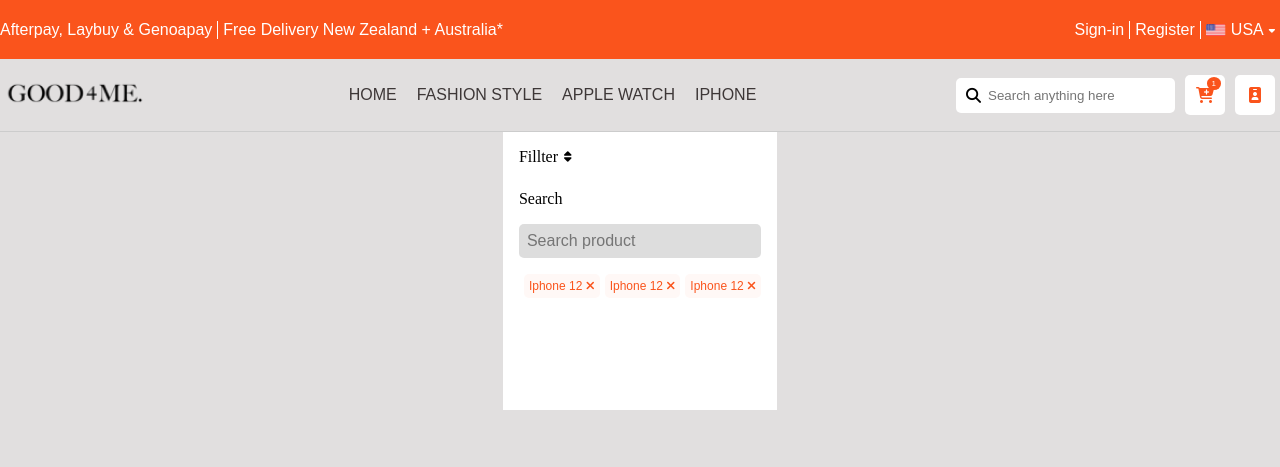
Repository: Ngoc28/Shoppe-web
Page: html/category.html
The author's editor kept a copy of each file at every save. The page is drawn from the files as they stood at one save, then again after the next save.
The browser window is 1280 px wide. The pictures show the whole page.
Some web fonts or font styles are not loaded; a fallback is used.

Above is the page before, as saved 2023-08-08 14:14:34.

After the next save:
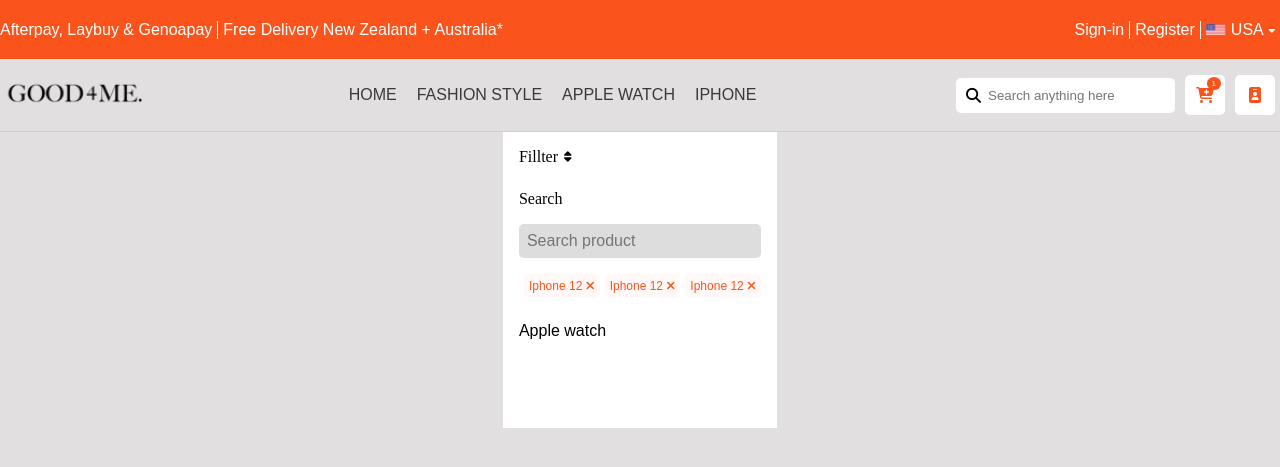
Saved 36 s later.
--- a/html/category.html
+++ b/html/category.html
@@ -97,7 +97,10 @@
                 </div>
                 <div class="container-nav-brand">
                     <div class="container-nav-heading">
-                        <p></p>
+                        <p>Apple watch</p>
+                    </div>
+                    <div class="container-nav-check">
+
                     </div>
                 </div>
                 <div class="container-nav-price">
